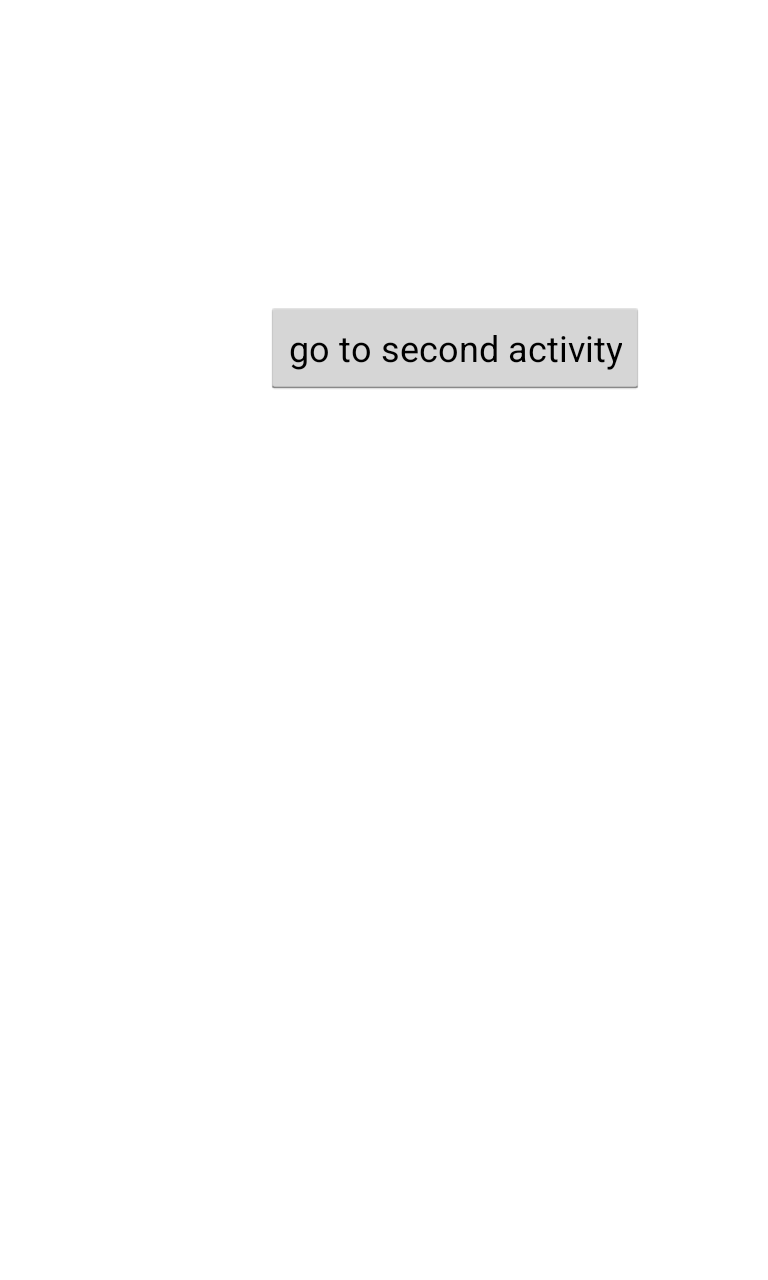
Repository: arjuntheprogrammer/iact
Layout: iact/iact android practice/mywork/Intent Application/res/layout/activity_main.xml
These files come from the project's save history. The layout is drawn as it stood at one moment and after the next save; the edit follows.
It is drawn on a 768 x 1280 px phone screen (xhdpi) without system bars, with theme AppTheme; the app's code is not run.

Above is the layout before, as saved 2015-12-25 23:26:32.

After the next save:
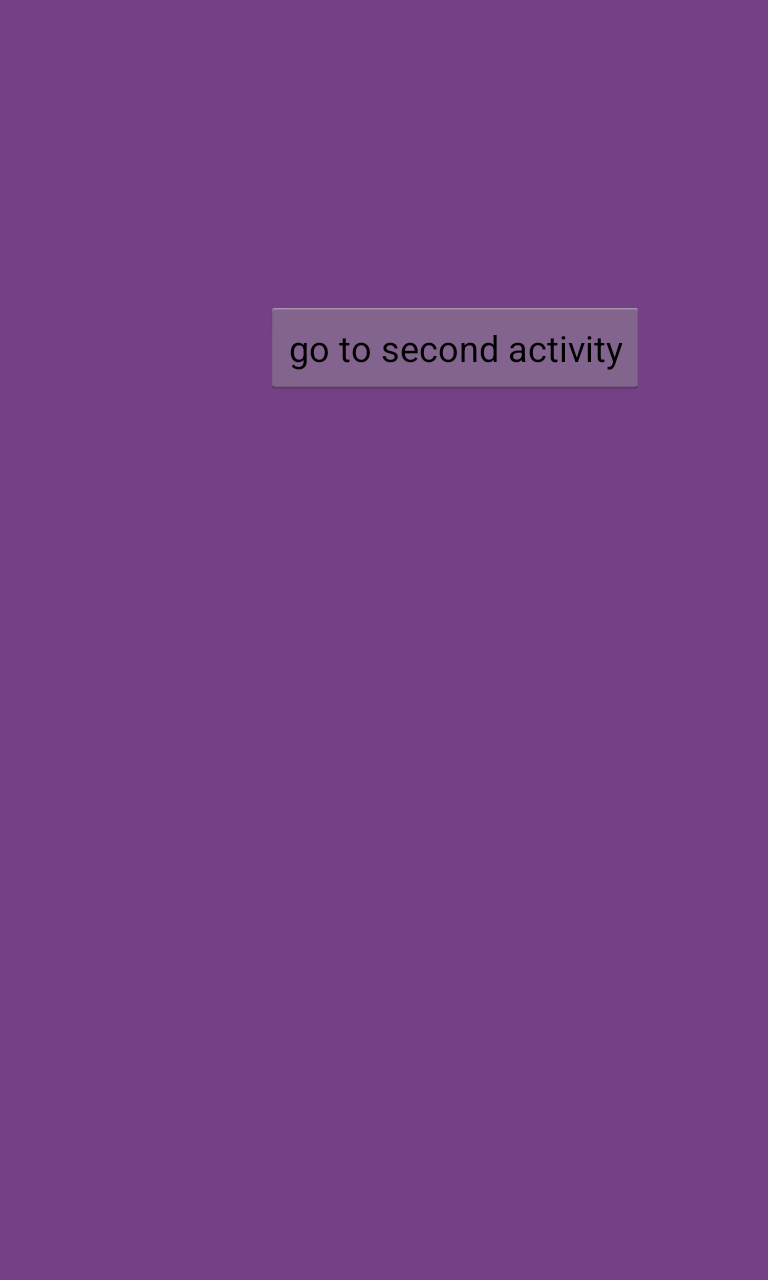
Saved 92 s later.
--- a/iact/iact android practice/mywork/Intent Application/res/layout/activity_main.xml
+++ b/iact/iact android practice/mywork/Intent Application/res/layout/activity_main.xml
@@ -6,7 +6,9 @@
     android:paddingLeft="@dimen/activity_horizontal_margin"
     android:paddingRight="@dimen/activity_horizontal_margin"
     android:paddingTop="@dimen/activity_vertical_margin"
-    tools:context=".MainActivity" >
+    tools:context=".MainActivity"
+    android:background="#754186"
+    >
 
     <Button
         android:id="@+id/button1"
